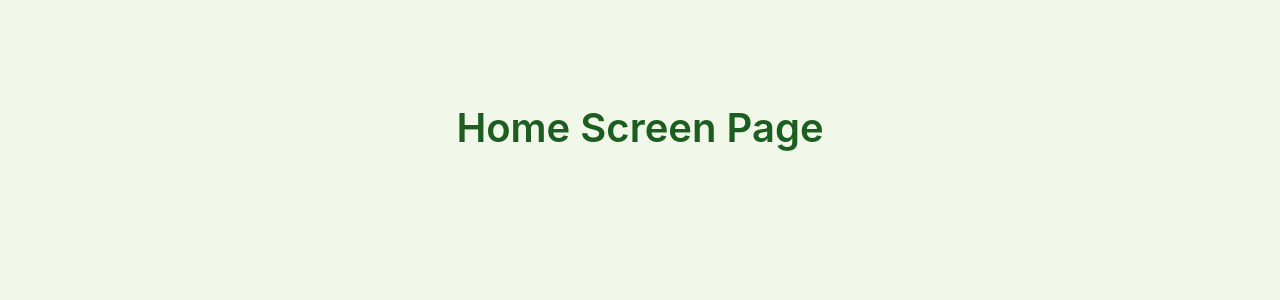
Repository: VladimirGagarin/sorellas
Page: /#/home
These files come from the project's save history. The page is drawn as it stood at one moment and after the next save; the edit follows.
The browser window is 1280 px wide. The pictures show the whole page.
The project was rebuilt for these pictures with package versions that can differ from the ones it lists, and the page was loaded fresh each time. Also part of the build but not shown: vite.config.js, src/contexts/useLanguage.js, src/components/Header.jsx, src/App.jsx.

Above is the page before, as saved 2026-01-19 19:34:26.

After the next save:
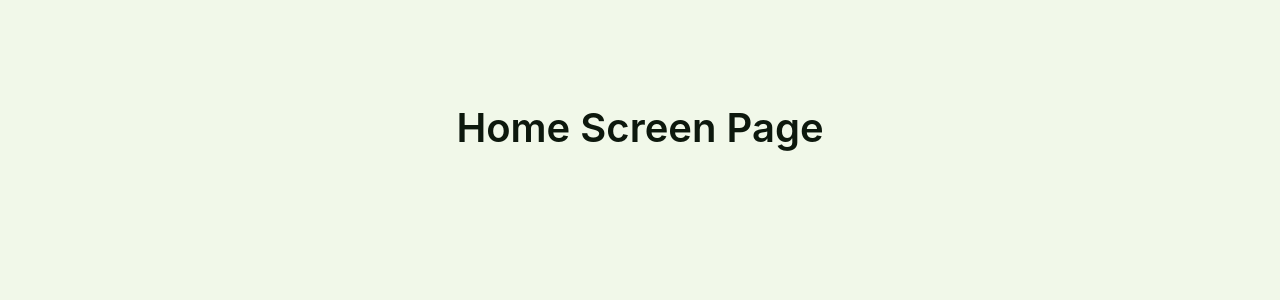
Saved 23 min 34 s later.
--- a/src/components/Header.css
+++ b/src/components/Header.css
@@ -12,7 +12,7 @@
   --leaf-emerald: #2E7D32;       /* Emerald Green */
 
   --bg-color: #F1F8E9;           /* Light Garden Green */
-  --text-color: #1B5E20;         /* Deep Forest Green */
+  --text-color: #0d180d;         /* Deep Forest Green */
   --text-muted: #4CAF50;         /* Muted Green */
   --border-color: #C8E6C9;       /* Soft Leaf Green */
   --shadow-color: rgba(46, 125, 50, 0.1);
